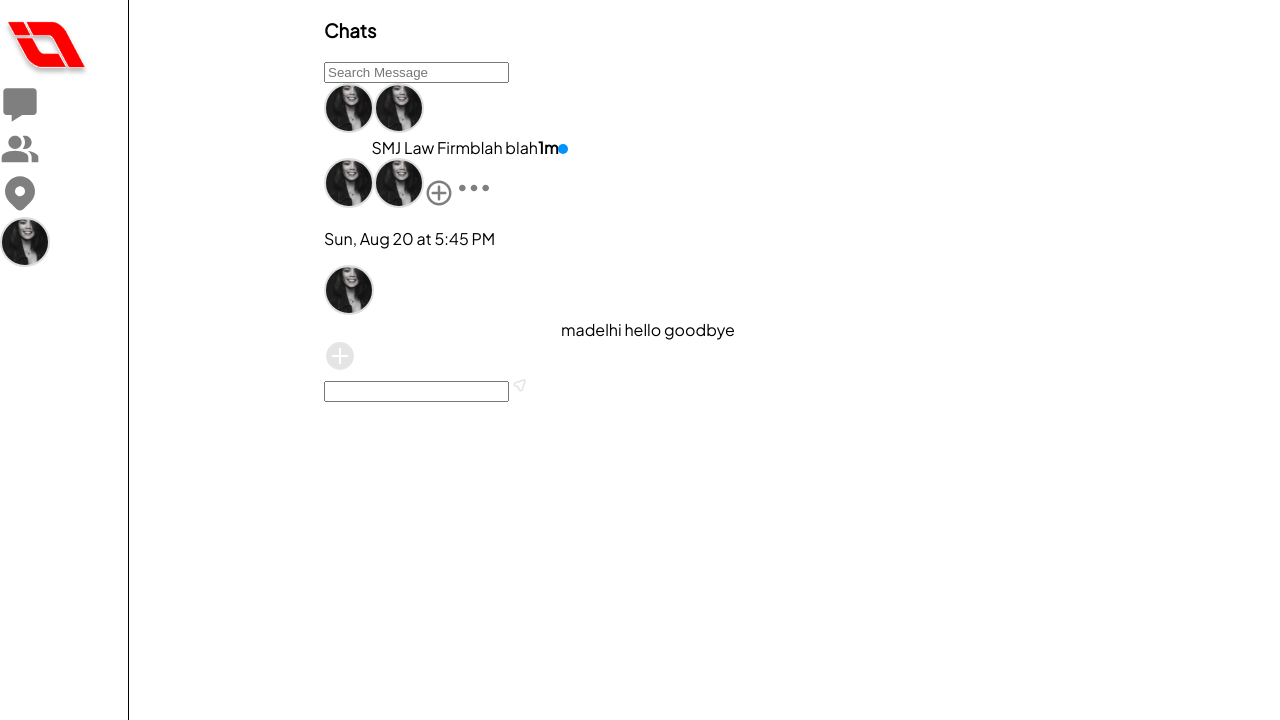
Repository: Nicktacku/LawChat
Page: /homechat (app in frontend/lawchat/)
An editor plug-in stored every save of this project. The page is shown before and after the next save, followed by the edit.
The browser window is 1280 px wide. The pictures show the whole page.
The project was rebuilt for these pictures with package versions that can differ from the ones it lists, and the page was loaded fresh each time. Also part of the build but not shown: frontend/lawchat/src/styles/button.css, frontend/lawchat/src/components/Button.js, frontend/lawchat/src/pages/Home.js, frontend/lawchat/src/pages/Login.js, frontend/lawchat/src/pages/Test.js.

Above is the page before, as saved 2024-08-15 14:16:23.

After the next save:
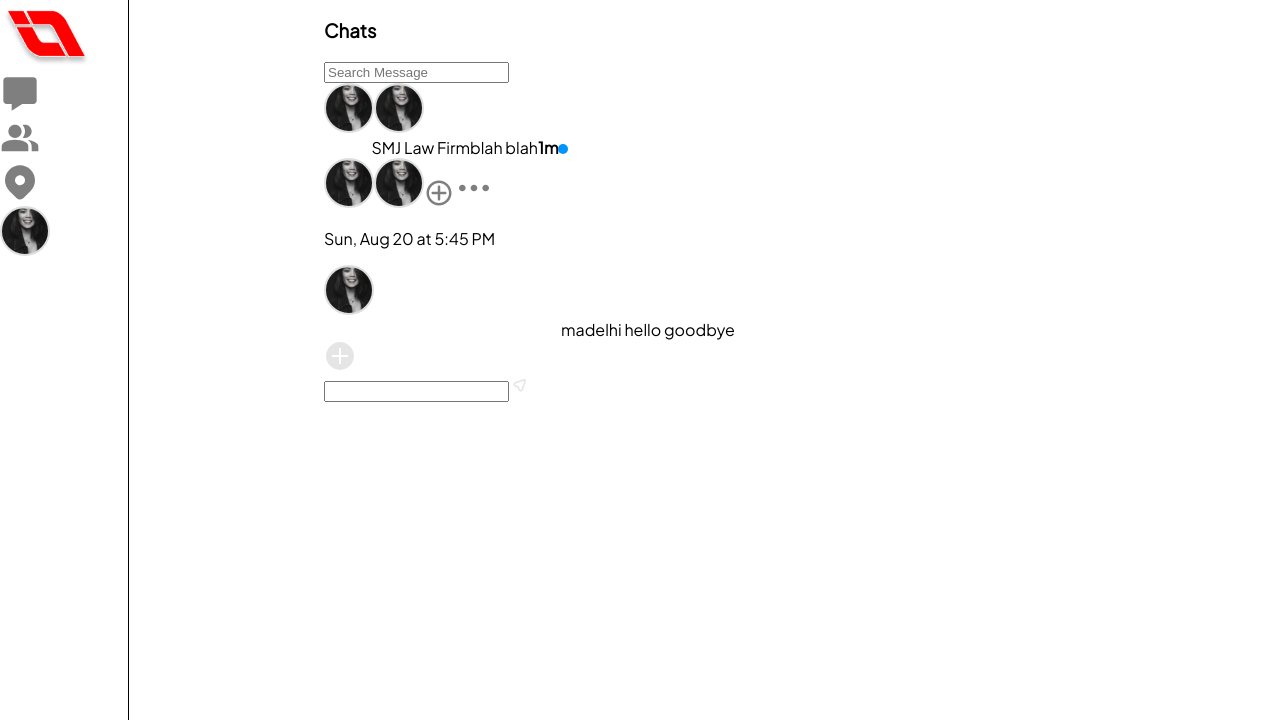
Saved 28 s later.
--- a/frontend/lawchat/src/styles/homechat.css
+++ b/frontend/lawchat/src/styles/homechat.css
@@ -5,7 +5,7 @@
     top: 0;
     left: 0;
     overflow-x: hidden;
-    padding-top: 16px;
+    padding-top: 5px;
     border-right: 1px solid black;
   }
 
